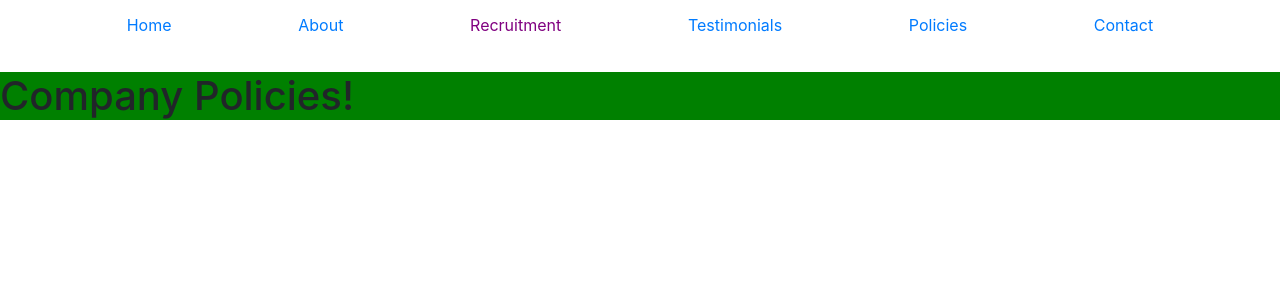
Repository: cerebrium/website
Page: /policies
An editor plug-in stored every save of this project. The page is shown before and after the next save, followed by the edit.
The browser window is 1280 px wide. The pictures show the whole page.
The project was rebuilt for these pictures with package versions that can differ from the ones it lists, and the page was loaded fresh each time. Also part of the build but not shown: src/Routes/About.jsx, src/Routes/Recruitment.jsx, src/Routes/Testimonials.jsx, src/Routes/Home.jsx, src/Routes/Contact.jsx.

Above is the page before, as saved 2019-11-02 12:43:20.

After the next save:
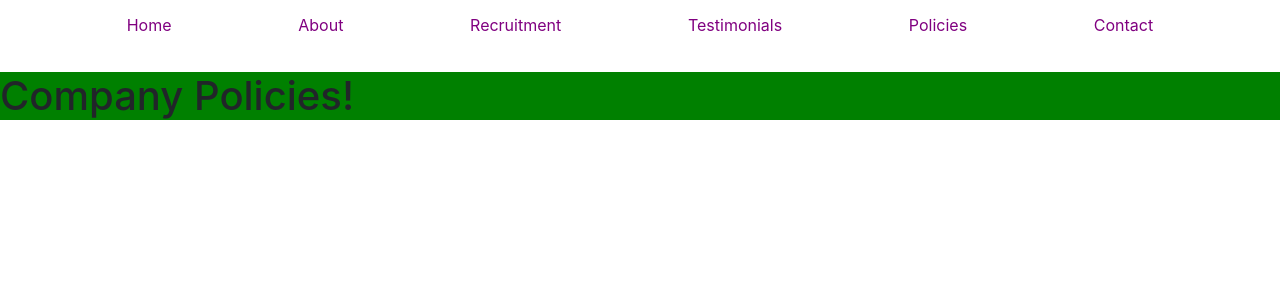
Saved 30 s later.
--- a/src/App.jsx
+++ b/src/App.jsx
@@ -18,7 +18,7 @@
       <Router>
         <div className='mainContainer'>
           <div className='navContainer'>
-            <div className='nav'><Link to='/' >Home</Link></div><div className='nav'><Link to='/about' >About</Link></div><div className='nav'><Link to='/recruitment' className='nav'>Recruitment</Link></div><div className='nav'><Link to='/testimonials' >Testimonials</Link></div><div className='nav'><Link to='/policies' >Policies</Link></div><div className='nav'><Link to='/contact'>Contact</Link></div>
+            <div className='nav'><Link to='/' className='nav'>Home</Link></div><div className='nav'><Link to='/about' className='nav'>About</Link></div><div className='nav'><Link to='/recruitment' className='nav'>Recruitment</Link></div><div className='nav'><Link to='/testimonials' className='nav'>Testimonials</Link></div><div className='nav'><Link to='/policies' className='nav'>Policies</Link></div><div className='nav'><Link to='/contact'className='nav'>Contact</Link></div>
           </div>
           <Route exact path='/' component={Home}/>
           <Route exact path='/about' component={About}/>
